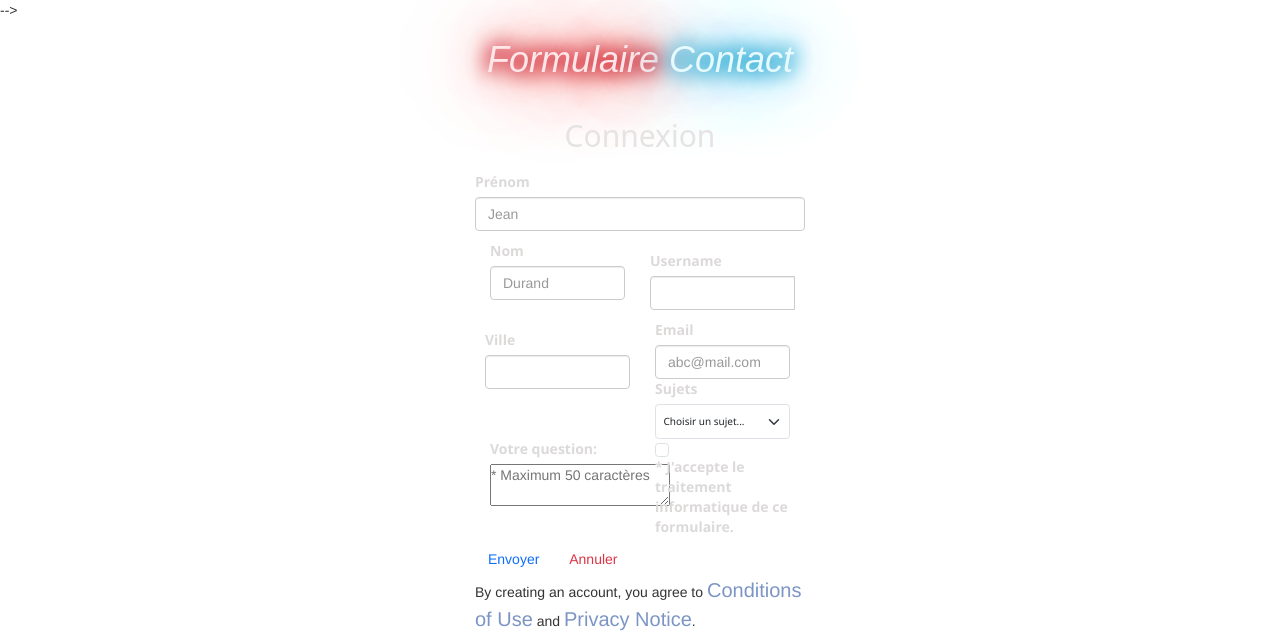
Repository: fab5052/Site
Page: contact.html
The author's editor kept a copy of each file at every save. The page is drawn from the files as they stood at one save, then again after the next save.
The browser window is 1280 px wide. The pictures show the part of the page from y = 646 to 1289 px (the page is 1289 px tall before and 1216 px after).
Backgrounds fixed to the window are drawn as part of the page. Some web libraries are served in a nearby version.

Above is the page before, as saved 2024-03-13 20:06:14.

After the next save:
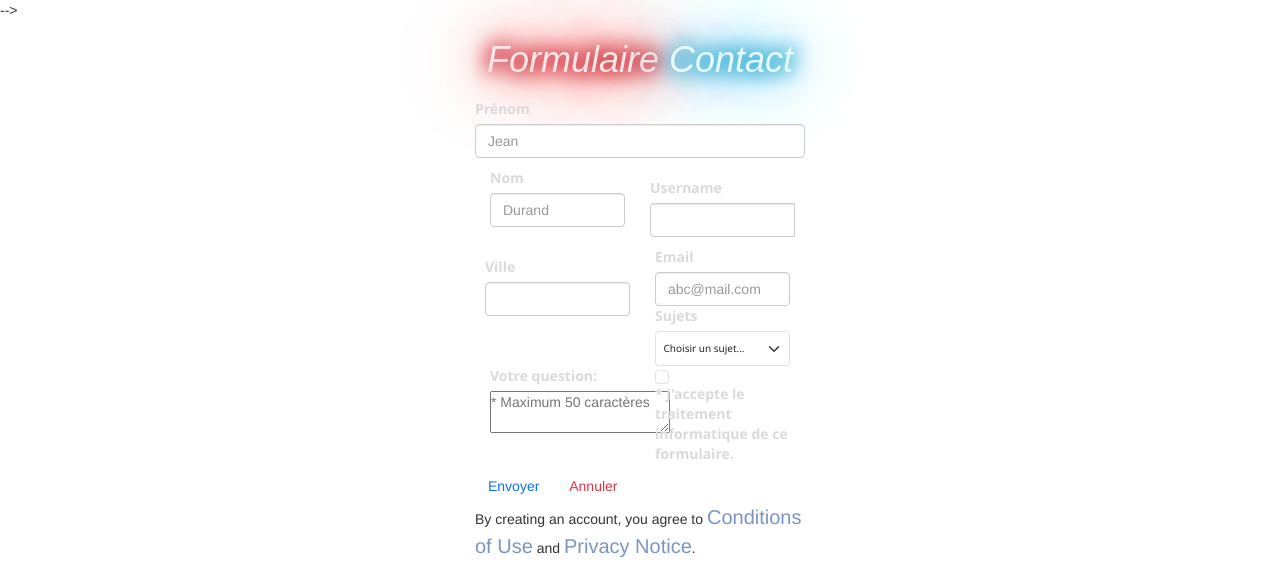
Saved 56 s later.
--- a/contact.html
+++ b/contact.html
@@ -186,7 +186,7 @@
 <div class="container">
   <div class="row justify-content-center">
     <div class="col-md-4">
-      <h2 class="mt-5 mb-3 text-center">Connexion</h2>
+
       <form method="POST" name="connexion" id="validationCustom" class="needs-validation" novalidate>
         <div class="mb-3">
 
